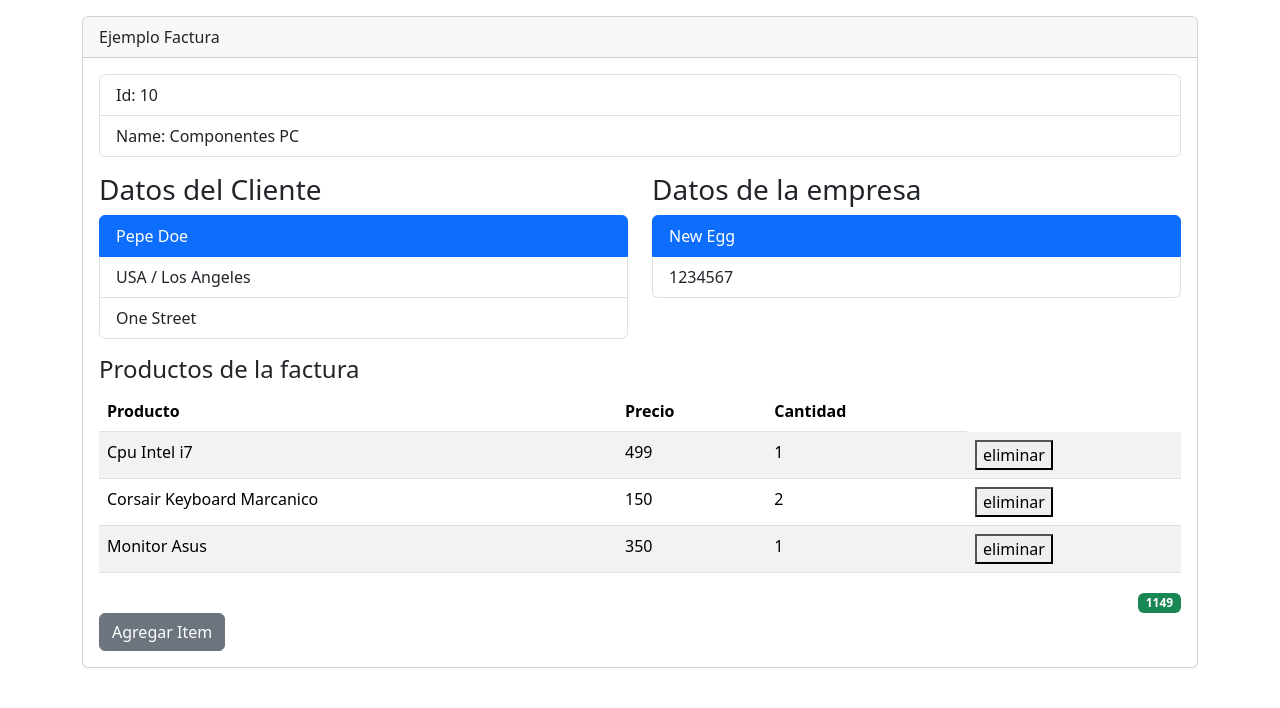
Repository: bryanesteban/4-invoice-app
Page: /
These files come from the project's save history. The page is drawn as it stood at one moment and after the next save; the edit follows.
The browser window is 1280 px wide. The pictures show the whole page.
The project was rebuilt for these pictures with package versions that can differ from the ones it lists, and the page was loaded fresh each time. Also part of the build but not shown: vite.config.js, src/components/FormItemsView.jsx.

Above is the page before, as saved 2023-11-27 05:18:06.

### index.html
<!doctype html>
<html lang="en">
  <head>
    <meta charset="UTF-8" />
    <link rel="icon" type="image/svg+xml" href="/vite.svg" />
    <link href="https://cdn.jsdelivr.net/npm/bootstrap@5.3.2/dist/css/bootstrap.min.css" rel="stylesheet" integrity="sha384-T3c6CoIi6uLrA9TneNEoa7RxnatzjcDSCmG1MXxSR1GAsXEV/Dwwykc2MPK8M2HN" crossorigin="anonymous">
    <meta name="viewport" content="width=device-width, initial-scale=1.0" />
    <title>Vite + React</title>
  </head>
  <body>
    <div id="root"></div>
    <script type="module" src="/src/main.jsx"></script>
  </body>
</html>

### src/main.jsx
import React from 'react'
import ReactDOM from 'react-dom/client'
import { InvoiceApp } from './InvoiceApp'


ReactDOM.createRoot(document.getElementById('root')).render(
  <React.StrictMode>
    <InvoiceApp />
  </React.StrictMode>,
)

### src/InvoiceApp.jsx
import { getInvoice, calculateTotal } from "./services/getInvoice"
import { ClientView } from "./components/ClientView";
import { CompanyView } from "./components/CompanyView";
import { InvoiceView } from "./components/InvoiceView";
import { ListItemsView } from "./components/ListItemsView";
import { TotalView } from "./components/totalView";
import { useEffect, useState } from "react";
import { FormItemsView } from "./components/FormItemsView";

const invoiceInitial = {
    id: 10,
    name: '',
    client:{
        name:'',
        lastname:'',
        address:{
            country:'',
            city: '',
            street:' ',
            numeber:0
        }
    },
        company:{
            name:'',
            fiscalNumber: 0,
        },
        items: []
}

export const InvoiceApp = () =>{

    const [activeForm, setActiveForm] =useState(false);

    const [total, setTotal] = useState(0);

    const [counter, setCounter] = useState(4);

    const [invoice, setInvoice] = useState(invoiceInitial);

    const [items, setItems] = useState([]);

    const {id, name, client, company} = invoice;



    useEffect(() => {
        const data = getInvoice();
        console.log(invoice);
        setInvoice(data);
        setItems(data.items);

    }, []);




    useEffect( () => {
        //console.log('El counter cambio!');

    }, [counter]);

    useEffect( () => {

        setTotal(calculateTotal(items));
        //console.log('El items cambio!');

    }, [items]);

    const handlerAddItems = ({product, price, quantity}) => {


        setItems([...items, {
            id: counter,
            product: product.trim(),
            price: +price.trim(),
            quantity: parseInt(quantity.trim(), 10)
        }]);

        setCounter(counter + 1);
    }

    const handlerDeleteItem = (id) => {
        setItems(items.filter(item => item.id !== id))
    }

    const onActiveForm = () =>{
        setActiveForm(!activeForm);
    };

    return(
       <>
        <div className="container">

            <div className="card my-3" >

                <div className= "card-header">

                    Ejemplo Factura
                </div>

                <div className="card-body">
                       <InvoiceView id= {id} name ={name}/>
                    <div className="row my-3">
                        <div className="col">
                           <ClientView title= "Datos del Cliente" client = {client} />
                        </div>
                        <div className="col">
                           <CompanyView title= "Datos de la empresa" company ={company} />
                        </div>
                    </div>
                    <ListItemsView title="Productos de la factura" items={items} handlerDeleteItem={ id => handlerAddItem(id) } />
                    <TotalView total={total}></TotalView>
                    <button className="btn btn-secondary"
                    onClick={ onActiveForm }>{!activeForm ? 'Agregar Item':'Cerrar Form' }</button>
                    { !activeForm ? '':  <FormItemsView handler={ handlerAddItems } /> }

                </div>
            </div>
        </div>

       </>
    )
}

### src/services/getInvoice.js
import { invoice } from "../data/invoice"

export const getInvoice = () => {

    //console.log(invoice);

    /*let total = 0;
    invoice.items.forEach( items =>{
        total =total + items.price * items.quantity;

    });*/

    const total = calculateTotal(invoice.items);

    return {...invoice,total};
}

export const calculateTotal = (items = []) =>{
    return items
    .map( item => item.price * item.quantity)
    .reduce((accumulator,currentValue) => accumulator + currentValue, 0)
}

### src/components/ClientView.jsx
import PropTypes from 'prop-types';

export const ClientView = ({title, client}) =>{
    const {
        name: nameClient,
        lastname,
        address:{
            country,
            city,
            street,
            number}
         } = client;

    //const { country, city, street, number} = address;

    return (
        <>
         <h3>{title}</h3>
                            <ul className="list-group">
                                <li className="list-group-item active">{nameClient} {lastname}</li>
                                <li className="list-group-item">{country} / {city}</li>
                                <li className="list-group-item">{street} {number}</li>
                            </ul>
        </>
    )
}

ClientView.protoTypes ={
    title: PropTypes.string.isRequired,
    client: PropTypes.object.isRequired,
}

### src/components/CompanyView.jsx
import PropTypes from 'prop-types';

export const CompanyView = ({title, company}) => {


    return (
        <>
        <h3>{ title }</h3>
                            <ul className="list-group">
                                <li className="list-group-item active"> {company.name}</li>
                                <li className="list-group-item"> {company.fiscalNumber}</li>
                            </ul>
        </>
    )
}

CompanyView.propTypes = {
    title: PropTypes.string.isRequired,
    company: PropTypes.object.isRequired,

}

### src/components/InvoiceView.jsx
import PropTypes from 'prop-types';
export const InvoiceView = ({id, name}) =>{

    return (
        <>
         <ul className ="list-group">
                            <li className="list-group-item">Id: {id}</li>
                            <li className="list-group-item">Name: {name}</li>
                        </ul>

        </>
    )
}

InvoiceView.propTypes = {
    id: PropTypes.number.isRequired,
    name: PropTypes.string.isRequired
}

### src/components/ListItemsView.jsx
import { RowItemView } from "./RowItemView"
import PropTypes from 'prop-types';

export const ListItemsView  = ({title, items, handlerDeleteItem}) => {

    return (
        <>
        <h4> {title}</h4>
                    <table className="table table-striped table-hover">
                        <thead>
                            <tr>
                                <th>Producto</th>
                                <th>Precio</th>
                                <th>Cantidad</th>
                            </tr>
                        </thead>
                        <tbody>
                            {items.map(({id, product, price,quantity}) => (
                                    <RowItemView
                                    key={ id }
                                    id = {id}
                                    product={product}
                                    price={price}
                                    quantity={quantity}
                                    handlerDeleteItem = {id => handlerDeleteItem(id)}
                                    />
                            ))}
                        </tbody>

                    </table>
        </>
    )

}

ListItemsView.propTypes = {
    title : PropTypes.string.isRequired,
    items: PropTypes.array.isRequired,
}

### src/components/totalView.jsx
export const TotalView  = ({total}) =>{


    return (
    <>
    <div className="text-end">
        <span className="badge bg-success">{total}</span>
    </div>
    </>
    )
}

### src/data/invoice.js
export const invoice ={
    id: 10,
    name: 'Componentes PC',
    client:{
        name:'Pepe',
        lastname:'Doe',
        address:{
            country:'USA',
            city: 'Los Angeles',
            street:' One Street',
            numeber:12
        }
    },
        company:{
            name:'New Egg',
            fiscalNumber: 1234567,
        },
        items: [
           {
            id: 1,
            product: 'Cpu Intel i7',
            price: 499,
            quantity: 1,
           },
           {
            id: 2,
            product: 'Corsair Keyboard Marcanico',
            price: 150,
            quantity: 2,
           },
           {
            id: 3,
            product: 'Monitor Asus',
            price: 350,
            quantity: 1,
           },

        ]


}

### src/components/RowItemView.jsx
import PropTypes from 'prop-types';

export const RowItemView = ({product, price, quantity, handlerDeleteItem }) => {
    return (
        <>
             <tr >
                    <td>{product}</td>
                    <td>{price}</td>
                    <td>{quantity}</td>
                    <td><button onClick={() => handlerDeleteItem(id)}>eliminar</button></td>
            </tr>
        </>
    )
}


RowItemView.propTypes = {
    product :  PropTypes.string.isRequired,
    price : PropTypes.number.isRequired,
    quantity : PropTypes.number.isRequired,
}

After the next save:
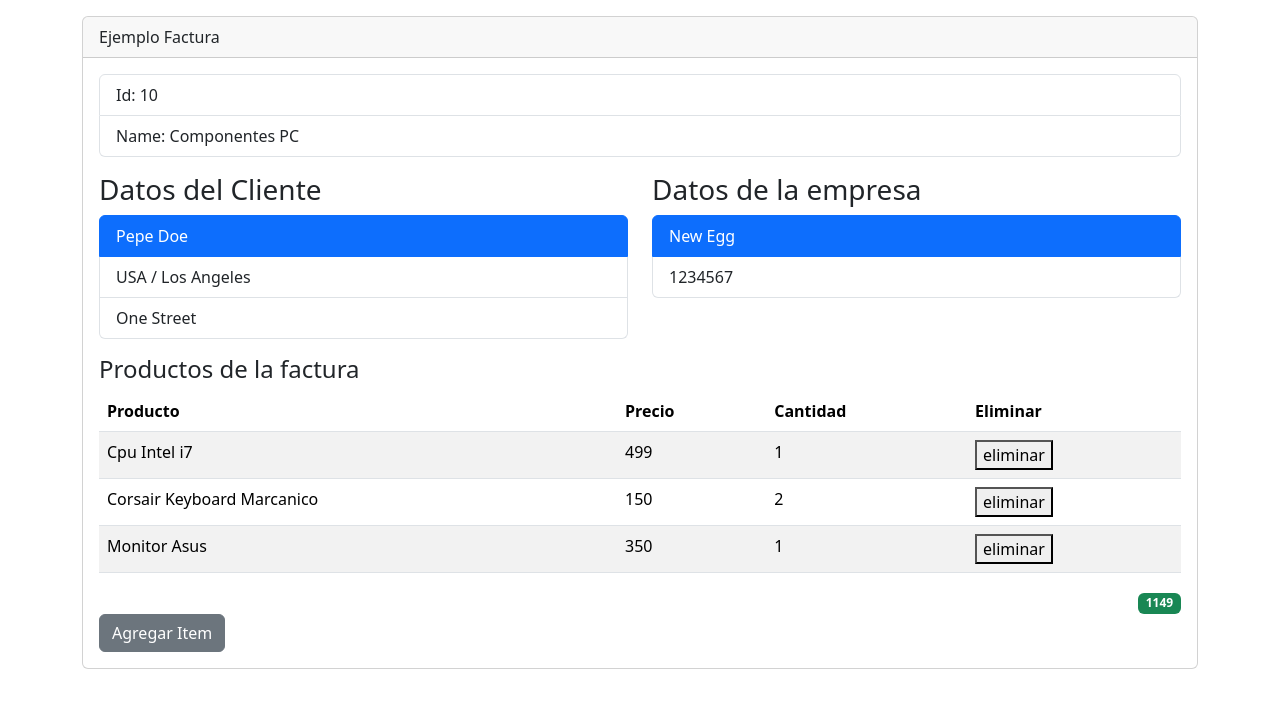
Saved 20 s later.
--- a/src/components/ListItemsView.jsx
+++ b/src/components/ListItemsView.jsx
@@ -12,6 +12,7 @@ export const ListItemsView  = ({title, items, handlerDeleteItem}) => {
                                 <th>Producto</th>
                                 <th>Precio</th>
                                 <th>Cantidad</th>
+                                <th>Eliminar</th>
                             </tr>
                         </thead>
                         <tbody>
